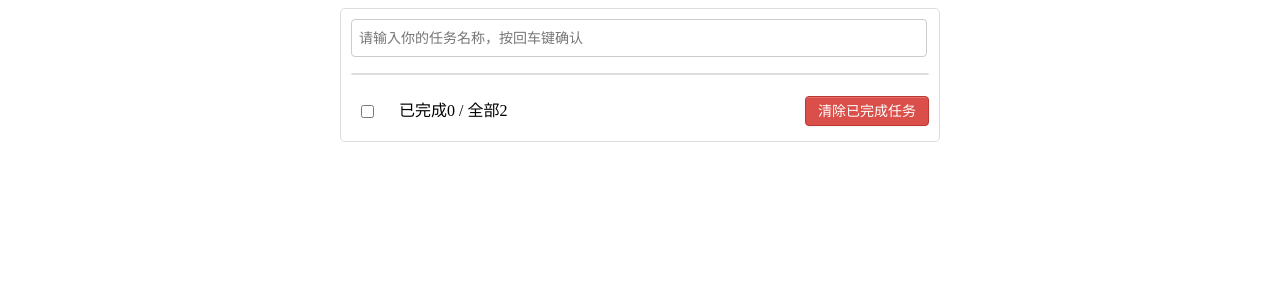
Repository: 1830734817/LabEx1_ReactSimpleWeb
Page: /
An editor plug-in stored every save of this project. The page is shown before and after a run of saves, followed by the edit.
The browser window is 1280 px wide. The pictures show the whole page.
The project was rebuilt for these pictures with package versions that can differ from the ones it lists, and the page was loaded fresh each time.

Above is the page before, as saved 2022-03-15 21:06:33.

### public/index.html
<!DOCTYPE html>
<html lang="en">
<head>
    <meta charset="UTF-8">
    <link rel="icon" href="%PUBLIC_URL%/favicon.ico" />
    <title>react脚手架</title>
</head>
<body>
    <div id="root">

    </div>
</body>
</html>

### src/index.js
//引入react核心库
import React from 'react'
//引入reactDOM
import ReactDOM from 'react-dom'
//引入App组件
import App from './App'

//渲染App组件到页面
ReactDOM.render(<App/>,document.getElementById('root'));

### src/App.js
import React, { Component } from 'react'
import Header from './components/Header'
import List from './components/List'
import Footer from './components/Footer'
import './App.css'

export default class App extends Component {

  //初始化状态
  state = {
    todos:[
      {id:'001',name:'吃饭',done:true},
      {id:'002',name:'睡觉',done:true},
      {id:'003',name:'打代码',done:false}
    ]
  }



  render() {
    const todos=this.state
    return (
        <div className="todo-container">
        <div className="todo-wrap">
          <Header todos={todos}/>
          <List todos={todos}/>
          <Footer/>
        </div>
      </div>
    )
  }
}

### src/components/Header/index.jsx
import React, { Component } from 'react'
import './index.css'

export default class Header extends Component {
  render() {
    console.log(this.props.a)
    return (
    <div className="todo-header">
      <input type="text" placeholder="请输入你的任务名称，按回车键确认"/>
    </div>
    )
  }
}

### src/components/List/index.jsx
import React, { Component } from 'react'
import Item from '../Item/Item'
import './index.css'

export default class List extends Component {
  render() {
    const {todos}=this.props
    return (
      <ul className="todo-main">

      </ul>
    )
  }
}

### src/components/Footer/index.jsx
import React, { Component } from 'react'
import './index.css'

export default class footer extends Component {
  render() {
    return (
    <div className="todo-footer">
      <label>
        <input type="checkbox"/>
      </label>
      <span>
        <span>已完成0</span> / 全部2
      </span>
      <button className="btn btn-danger">清除已完成任务</button>
    </div>
    )
  }
}

### src/App.css
/*base*/
body {
    background: #fff;
  }

  .btn {
    display: inline-block;
    padding: 4px 12px;
    margin-bottom: 0;
    font-size: 14px;
    line-height: 20px;
    text-align: center;
    vertical-align: middle;
    cursor: pointer;
    box-shadow: inset 0 1px 0 rgba(255, 255, 255, 0.2), 0 1px 2px rgba(0, 0, 0, 0.05);
    border-radius: 4px;
  }

  .btn-danger {
    color: #fff;
    background-color: #da4f49;
    border: 1px solid #bd362f;
  }

  .btn-danger:hover {
    color: #fff;
    background-color: #bd362f;
  }

  .btn:focus {
    outline: none;
  }

  .todo-container {
    width: 600px;
    margin: 0 auto;
  }
  .todo-container .todo-wrap {
    padding: 10px;
    border: 1px solid #ddd;
    border-radius: 5px;
  }

### src/components/Header/index.css
  /*header*/
  .todo-header input {
    width: 560px;
    height: 28px;
    font-size: 14px;
    border: 1px solid #ccc;
    border-radius: 4px;
    padding: 4px 7px;
  }

  .todo-header input:focus {
    outline: none;
    border-color: rgba(82, 168, 236, 0.8);
    box-shadow: inset 0 1px 1px rgba(0, 0, 0, 0.075), 0 0 8px rgba(82, 168, 236, 0.6);
  }

### src/components/List/index.css
  /*main*/
  .todo-main {
    margin-left: 0px;
    border: 1px solid #ddd;
    border-radius: 2px;
    padding: 0px;
  }

  .todo-empty {
    height: 40px;
    line-height: 40px;
    border: 1px solid #ddd;
    border-radius: 2px;
    padding-left: 5px;
    margin-top: 10px;
  }

### src/components/Footer/index.css
 /*footer*/
 .todo-footer {
    height: 40px;
    line-height: 40px;
    padding-left: 6px;
    margin-top: 5px;
  }

  .todo-footer label {
    display: inline-block;
    margin-right: 20px;
    cursor: pointer;
  }

  .todo-footer label input {
    position: relative;
    top: -1px;
    vertical-align: middle;
    margin-right: 5px;
  }

  .todo-footer button {
    float: right;
    margin-top: 5px;
  }

### src/components/Item/Item.jsx
import React, { Component } from 'react'
import './Item.css'

export default class Item extends Component {
  render() {
    return (
    <li>
        <label>
            <input type="checkbox"/>
            <span>xxxxx</span>
        </label>
        <button className="btn btn-danger" style={{display:'none'}}>删除</button>
    </li>
    )
  }
}

### src/components/Item/Item.css

  /*item*/
  li {
    list-style: none;
    height: 36px;
    line-height: 36px;
    padding: 0 5px;
    border-bottom: 1px solid #ddd;
  }

  li label {
    float: left;
    cursor: pointer;
  }

  li label li input {
    vertical-align: middle;
    margin-right: 6px;
    position: relative;
    top: -1px;
  }

  li button {
    float: right;
    display: none;
    margin-top: 3px;
  }

  li:before {
    content: initial;
  }

  li:last-child {
    border-bottom: none;
  }

After the next 6 saves:
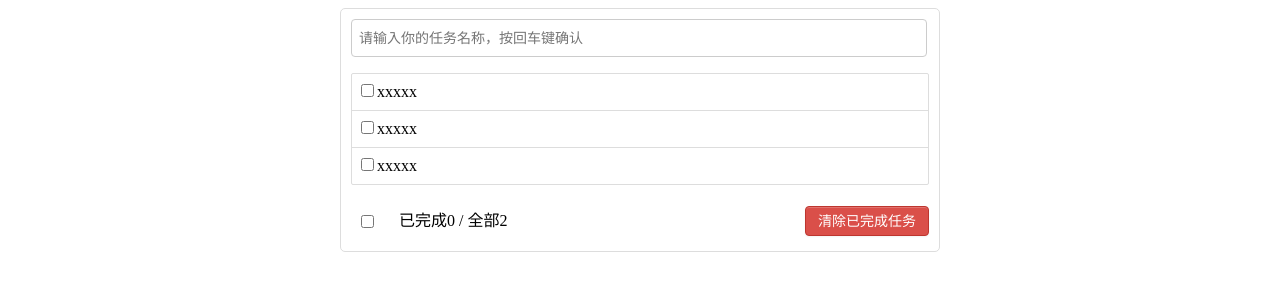
The 6 saves are shown as one change because 5 did not build or start.
The last was saved 8 min 18 s later.
--- a/src/App.js
+++ b/src/App.js
@@ -11,18 +11,18 @@ export default class App extends Component {
     todos:[
       {id:'001',name:'吃饭',done:true},
       {id:'002',name:'睡觉',done:true},
-      {id:'003',name:'打代码',done:false}
+      {id:'003',name:'打代码',done:false},
     ]
   }
 
 
 
   render() {
-    const todos=this.state
+    const {todos}=this.state
     return (
         <div className="todo-container">
         <div className="todo-wrap">
-          <Header todos={todos}/>
+          <Header />
           <List todos={todos}/>
           <Footer/>
         </div>
--- a/src/components/List/index.jsx
+++ b/src/components/List/index.jsx
@@ -7,7 +7,11 @@ export default class List extends Component {
     const {todos}=this.props
     return (
       <ul className="todo-main">
-
+        {
+          todos.map((todo)=>{
+              return <Item key={todo.id}/>
+          })
+        }
       </ul>
     )
   }
